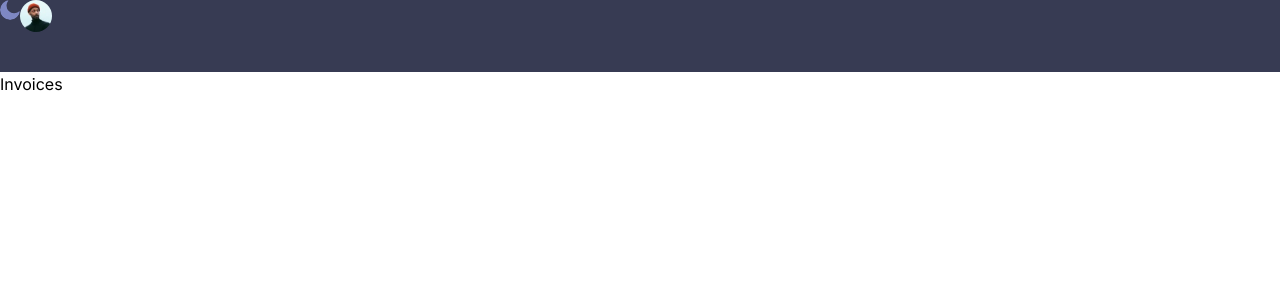
Repository: theoneswhodead/invoice-app
Page: /
An editor plug-in stored every save of this project. The page is shown before and after the next save, followed by the edit.
The browser window is 1280 px wide. The pictures show the whole page.
The project was rebuilt for these pictures with package versions that can differ from the ones it lists, and the page was loaded fresh each time. The framework's server and built-in components were replaced by stand-ins that run in the browser. Also part of the build but not shown: next.config.mjs.

Above is the page before, as saved 2024-08-19 17:40:37.

### app/layout.tsx
import type { Metadata } from "next";
import { Inter } from "next/font/google";
import "./globals.css";

const inter = Inter({ subsets: ["latin"] });

export const metadata: Metadata = {
  title: "Invoice app<",
  description: "Invoice app",
};

export default function RootLayout({
  children,
}: Readonly<{
  children: React.ReactNode;
}>) {
  return (
    <html lang="en">
      <head>
        <link
            rel="icon"
            type="image/png"
            sizes="16x16"
            href="/favicon-32x32.png"
          />
      </head>
      <body className={inter.className}>{children}</body>
    </html>
  );
}

### app/page.tsx
import BarMenu from "./components/BarMenu";
import Invoices from "./components/Invoices";

export default function Home() {
  return (
    <main className="">
      <BarMenu />
      <Invoices />
    </main>
  );
}

### app/globals.css
@import url('https://fonts.googleapis.com/css2?family=League+Spartan:wght@100..900&display=swap');

@tailwind base;
@tailwind components;
@tailwind utilities;

### app/components/BarMenu.tsx
import React from 'react'
import Image from 'next/image'

const BarMenu = () => {
  return (
    <nav className='bg-gray h-[4.5rem] flex'>
      <div>
        <div>
            <Image
                src="/icon-moon.svg"
                width={20}
                height={20}
                alt="Avatar"
                className='rounded-full'
            />
        </div>
        <div></div>
      </div>
      <div>
        <Image
            src="/image-avatar.jpg"
            width={32}
            height={32}
            alt="Avatar"
            className='rounded-full'
        />
      </div>
    </nav>
  )
}

export default BarMenu

### app/components/Invoices.tsx
import React from 'react'

const Invoices = () => {
  return (
    <div>
      Invoices
    </div>
  )
}

export default Invoices

### tailwind.config.ts
import type { Config } from "tailwindcss";

const config: Config = {
  content: [
    "./pages/**/*.{js,ts,jsx,tsx,mdx}",
    "./components/**/*.{js,ts,jsx,tsx,mdx}",
    "./app/**/*.{js,ts,jsx,tsx,mdx}",
  ],
  darkMode: 'selector',
  theme: {
    extend: {
      colors: {
        "purple": "#7C5DFA",
        "light_purple": "#9277FF",
        "charcoal_blue": "#1E2139",
        "charcoal_gray": "#252945",
        "lavender_blue": "#DFE3FA",
        "cool_gray": "#888EB0",
        "wild_blue_yonder": "#7E88C3",
        "gunmetal": "#0C0E16",
        "coral_red": "#EC5757",
        "periwinkle": "#9277FF",
        "off_white": "#F8F8FB",
        "rich_black": "#141625",
        "gray": "#373B53"
      },
      fontFamily: {
        Leagie_Spartan: ["League Spartan", "sans-serif"],
      },
      screens: {
        xxs: "280px",
        xs: "375px",
        ss: "580px",
        sm: "768px",
        md: "1060px",
        lg: "1440px",
        xl: "1700px",
      },
    },
  },
  plugins: [],
};
export default config;

After the next save:
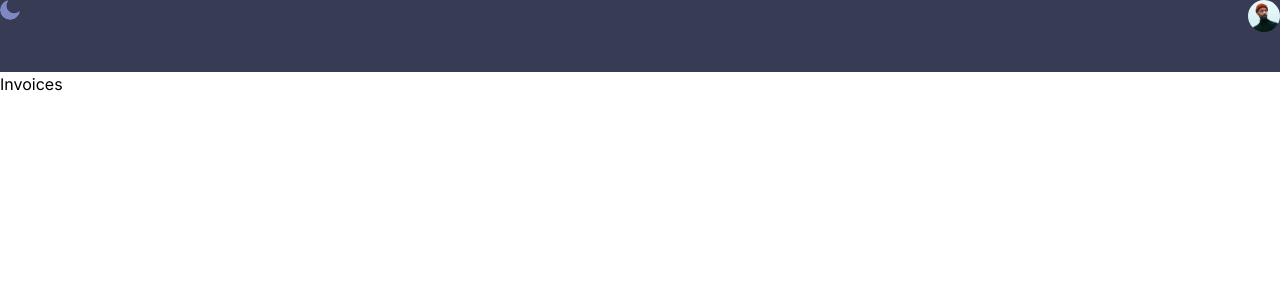
Saved 25 s later.
--- a/app/components/BarMenu.tsx
+++ b/app/components/BarMenu.tsx
@@ -3,7 +3,7 @@ import Image from 'next/image'
 
 const BarMenu = () => {
   return (
-    <nav className='bg-gray h-[4.5rem] flex'>
+    <nav className='bg-gray h-[4.5rem] flex justify-between'>
       <div>
         <div>
             <Image
